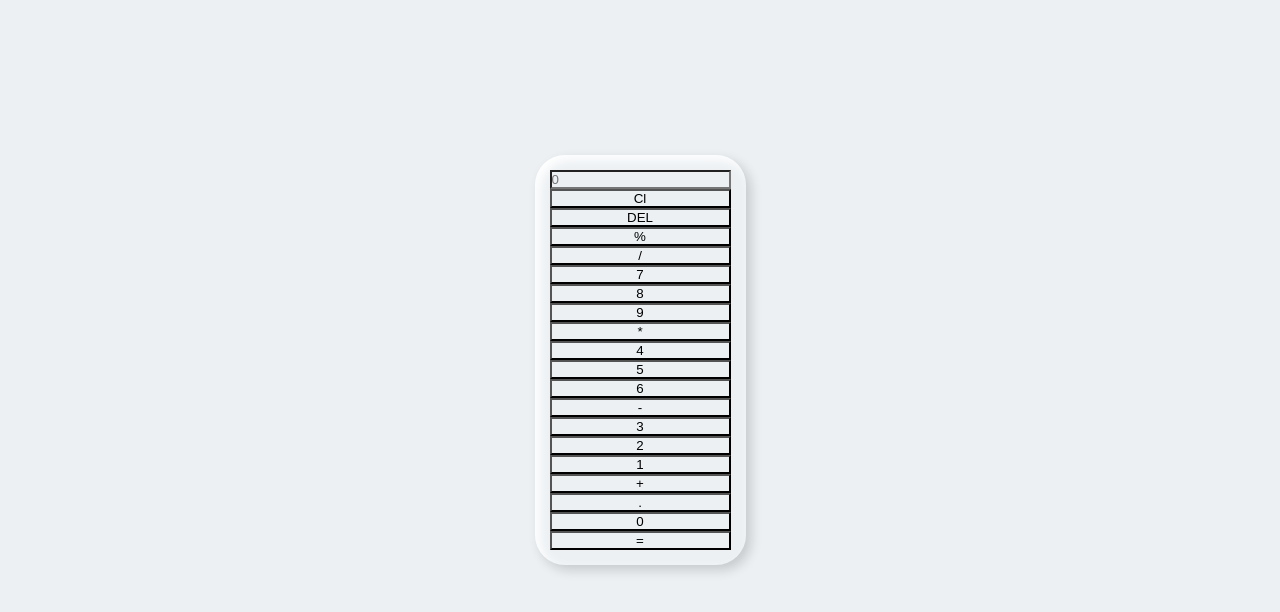
Repository: Mayur2905/OIBSIP
Page: Task-3/index.html
An editor plug-in stored every save of this project. The page is shown before and after the next save, followed by the edit.
The browser window is 1280 px wide. The pictures show the whole page.

Above is the page before, as saved 2022-02-02 13:45:06.

After the next save:
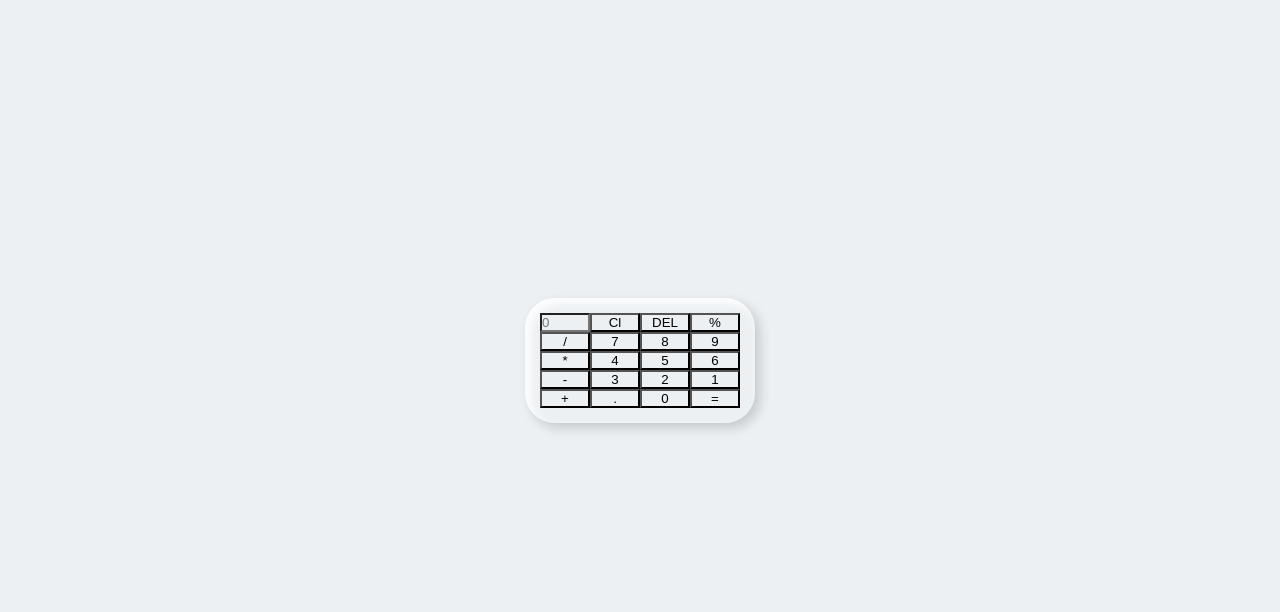
Saved 22 s later.
--- a/Task-3/style.css
+++ b/Task-3/style.css
@@ -18,5 +18,5 @@
   border-radius: 30px;
   box-shadow: inset 5px 5px 12px #ffffff, 5px 5px 12px rgba(0, 0, 0, 0.16);
   display: grid;
-  grid-template-columns: repeat(4);
+  grid-template-columns: repeat(4, 50px);
 }
